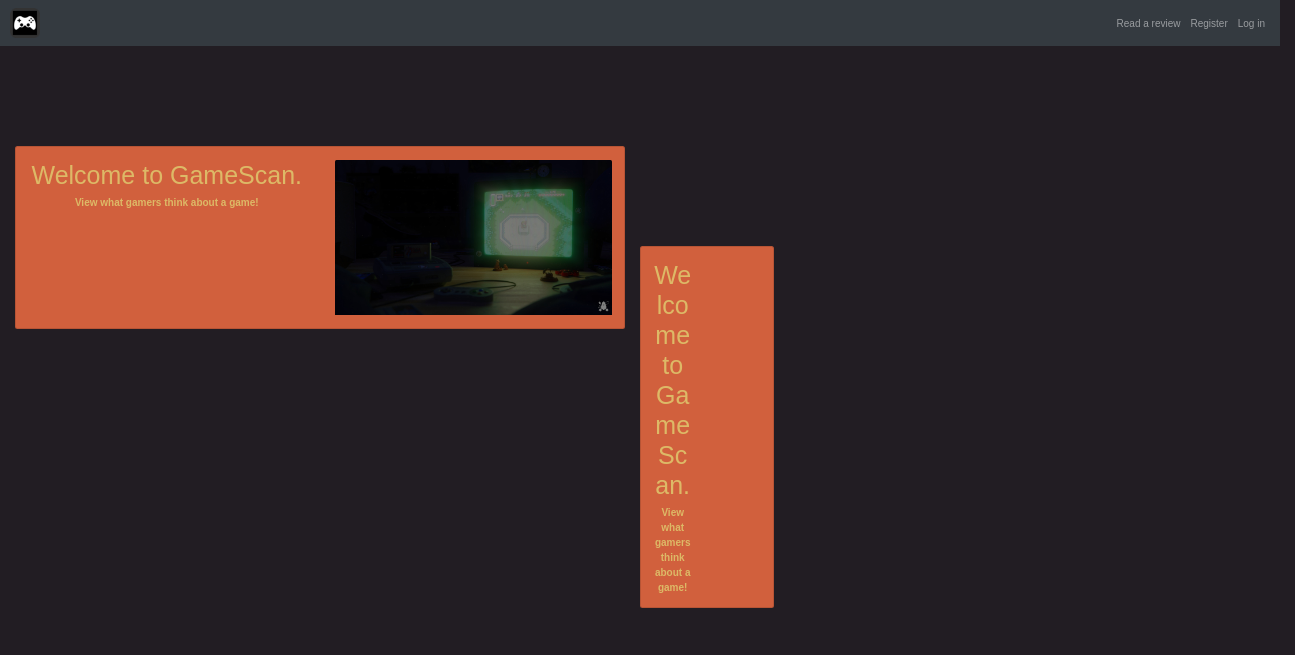
Repository: amit238/milestone-project-3
Page: http://localhost/
The author's editor kept a record of every edit. The page is drawn from the files as they stood at one moment, then again after the next edit.
The browser window is 1280 px wide. The page is 1280 px wide, then 1295 px, so the pictures cover 1295 px, including what lies to the right of the window. The pictures show the whole page.
Some web libraries are served in a nearby version. The page is served by the project's application, run on Flask 3 (app.py).

Above is the page before.

After the next edit:
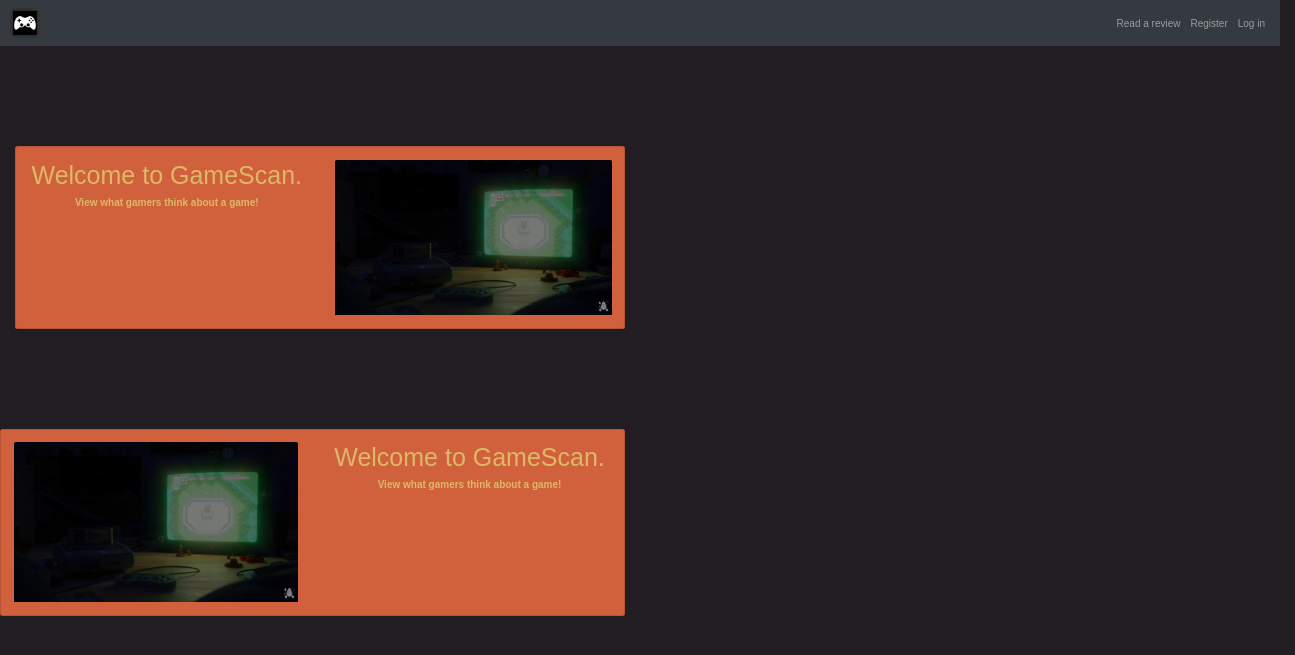
The edit:
--- a/templates/index.html
+++ b/templates/index.html
@@ -21,6 +21,9 @@
             <div class="card bg-color">
                 <div class="card-body">
                     <div class="row">
+                        <div class="col-6 image-left">
+                            <img class="card-img-top" src="static/img/night.jpg" alt="Gaming at night">
+                        </div>
                         <div class="col-6">
                             <h1 class="title">Welcome to GameScan.</h1>
                             <span class="title"><strong>View what gamers think about a game!</strong></span>
